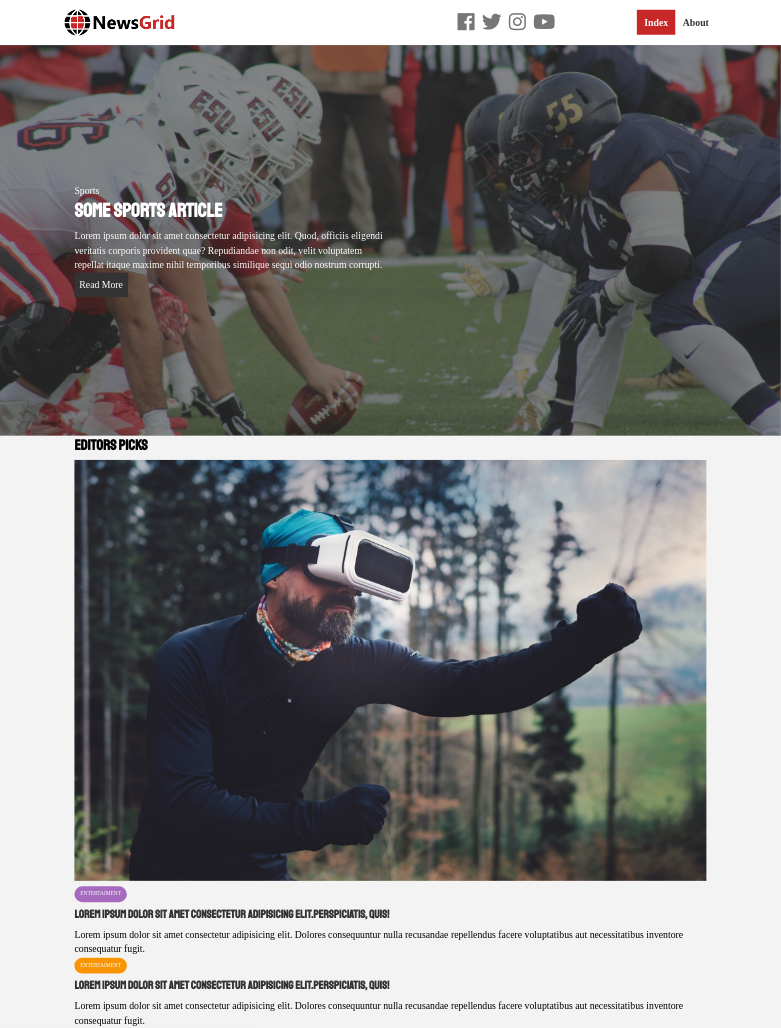
Repository: minhtien9/newsgrid
Page: index.html
These files come from the project's save history. The page is drawn as it stood at one moment and after the next save; the edit follows.
The browser window is 1280 px wide. The pictures show the whole page, at 61% of full size.
Some web libraries are served in a nearby version.

Above is the page before, as saved 2021-08-25 21:24:41.

After the next save:
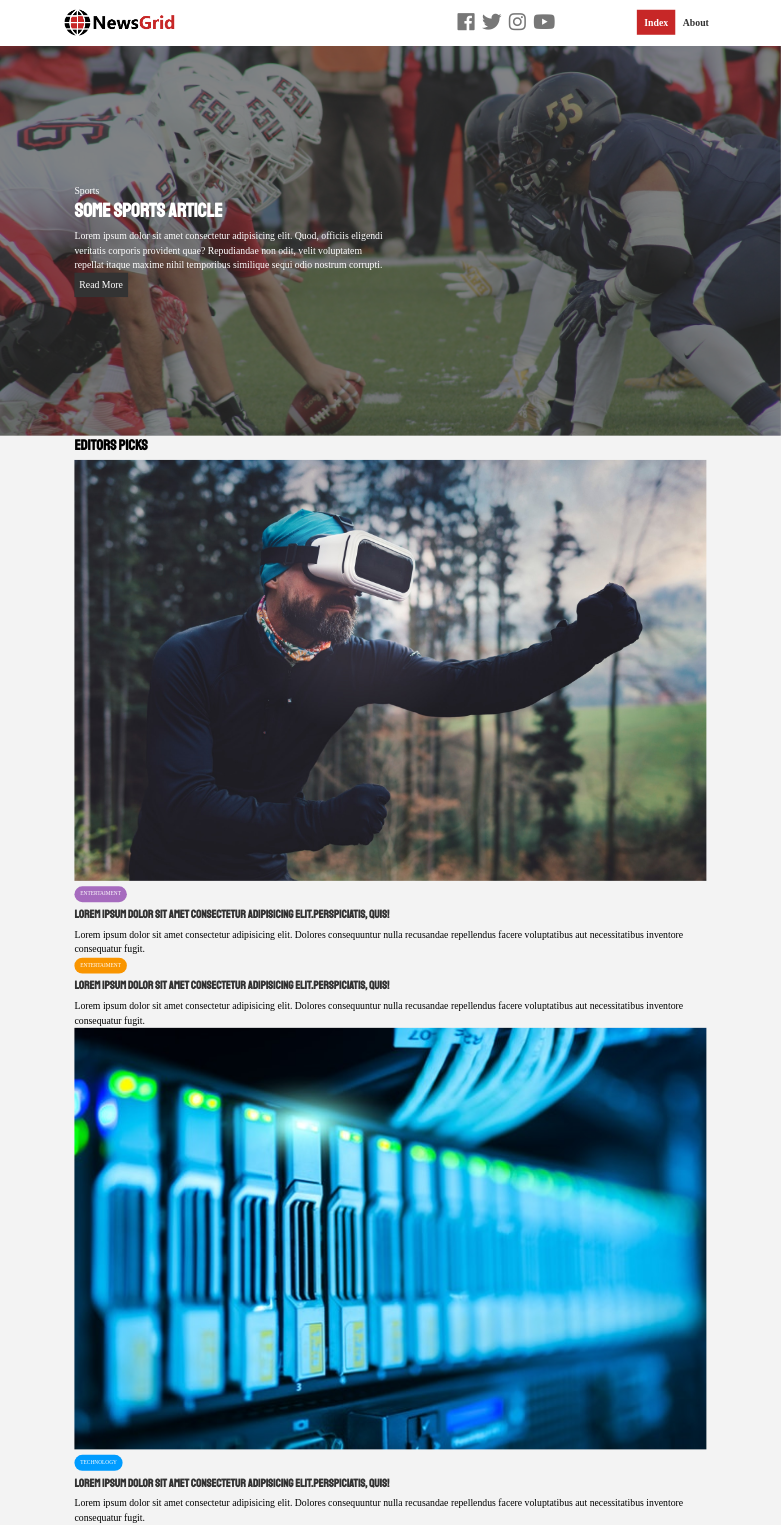
Saved 55 s later.
--- a/index.html
+++ b/index.html
@@ -84,6 +84,21 @@
               necessitatibus inventore consequatur fugit.
             </p>
           </article>
+          <article class="card">
+            <img src="img/articles/tech1.jpg" alt="" />
+            <div class="category category-tech">Technology</div>
+            <h3>
+              <a href="article.html"
+                >Lorem ipsum dolor sit amet consectetur adipisicing
+                elit.Perspiciatis, quis!</a
+              >
+            </h3>
+            <p>
+              Lorem ipsum dolor sit amet consectetur adipisicing elit. Dolores
+              consequuntur nulla recusandae repellendus facere voluptatibus aut
+              necessitatibus inventore consequatur fugit.
+            </p>
+          </article>
         </div>
       </div>
     </section>
